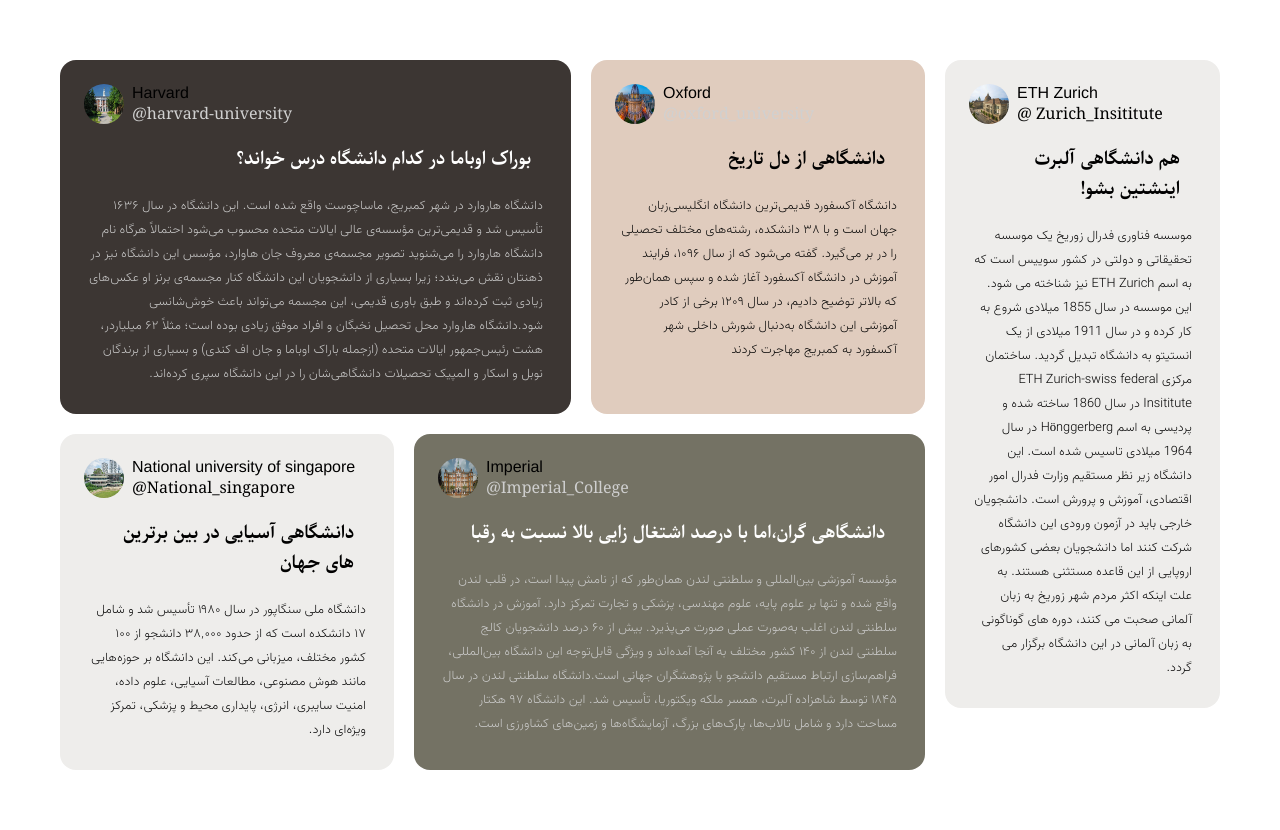
Repository: rahanwz/cards
Page: cards.html
The author's editor kept a copy of each file at every save. The page is drawn from the files as they stood at one save, then again after the next save.
The browser window is 1280 px wide. The pictures show the whole page.

Above is the page before, as saved 2024-02-17 17:34:39.

After the next save:
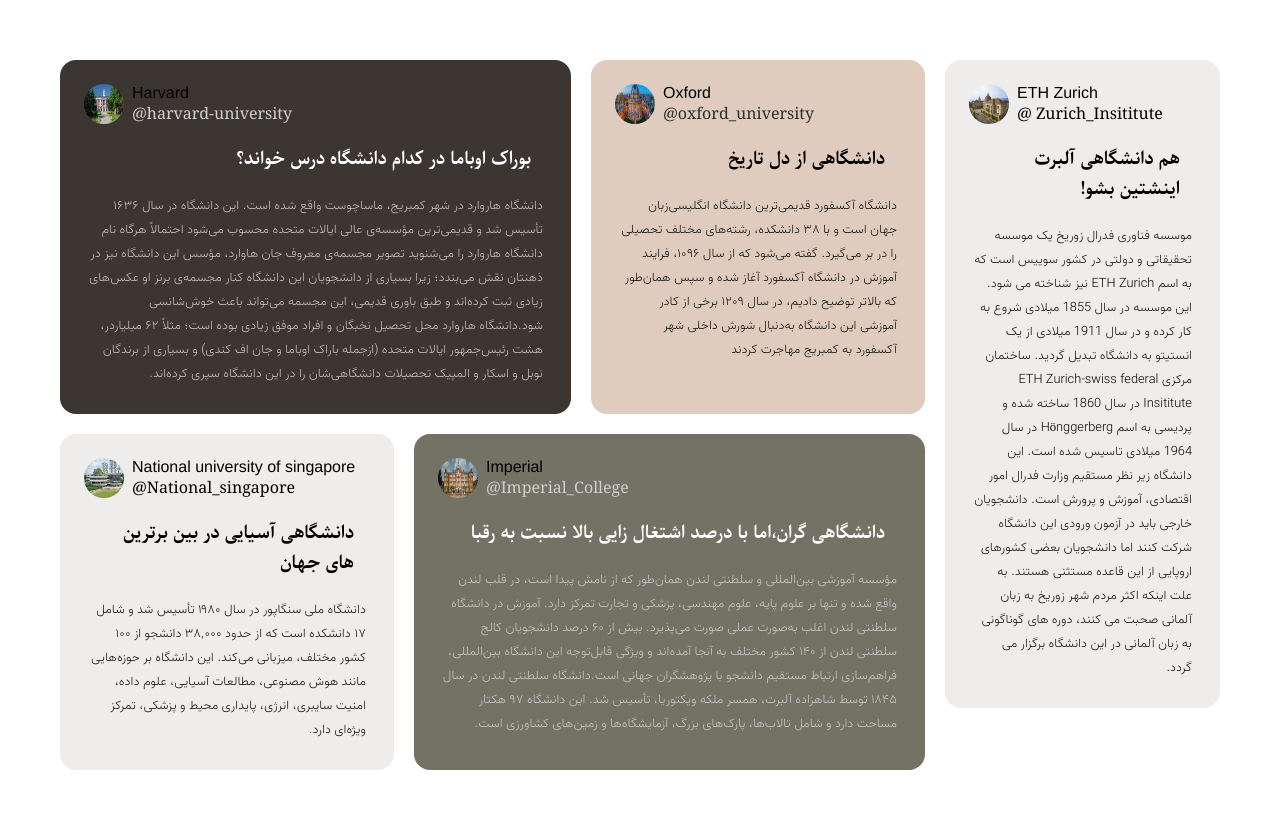
Saved 10 s later.
--- a/cards.html
+++ b/cards.html
@@ -56,7 +56,7 @@
               </div>
               <div>
                 <div class="user">Oxford</div>
-                <div class="id" style="color: #d0d0d0;">@oxford_university</div>
+                <div class="id" style="color: #2d2d2d;">@oxford_university</div>
               </div>
             </div>
             <div class="descrip1">دانشگاهی از دل تاریخ</div>
